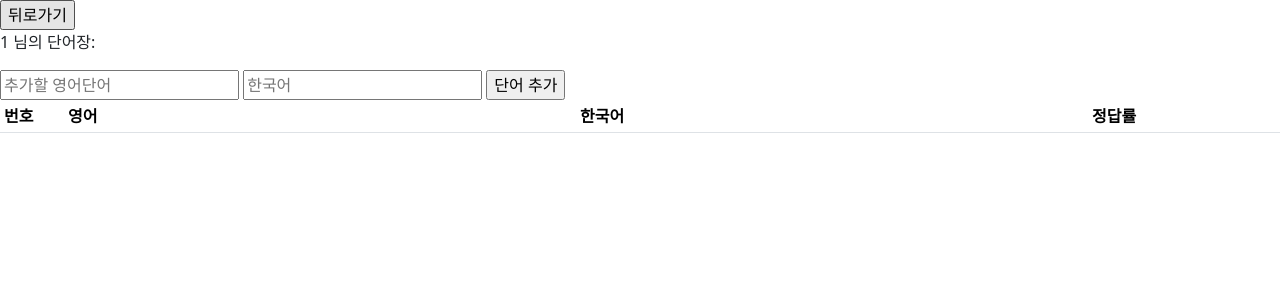
Repository: kokoko12334/myvocab-toy
Page: http://localhost/myVocabularyList/detail
An editor plug-in stored every save of this project. The page is shown before and after the next save, followed by the edit.
The browser window is 1280 px wide. The pictures show the whole page.
The page is served by Tomcat 9. The session is filled in as if someone had signed in: {"id": 1, "pwd": 1, "list": 1}. Other server files are loaded and not shown. Queries for data that is not in the repository find no rows.

Above is the page before, as saved 2023-04-06 15:22:14.

### myVocabularyList/src/main/webapp/WEB-INF/views/myvocabulary/detail.jsp
<%@ page language="java" contentType="text/html; charset=UTF-8"
    pageEncoding="UTF-8"%>
<%@ taglib prefix="c" uri = "http://java.sun.com/jsp/jstl/core" %>
<!DOCTYPE html>
<html>
<head>
<meta charset="UTF-8">
<title>Insert title here</title>
<link href="https://cdn.jsdelivr.net/npm/bootstrap@5.3.0-alpha3/dist/css/bootstrap.min.css" rel="stylesheet" integrity="sha384-KK94CHFLLe+nY2dmCWGMq91rCGa5gtU4mk92HdvYe+M/SXH301p5ILy+dN9+nJOZ" crossorigin="anonymous">

</head>
<body>

	<form action = "/login" method = "post">
		<input type = "hidden" name = "id"  value = "${id}">
		<input type = "hidden" name = "pwd" value =  "${pwd}">
		<input type = submit value = "뒤로가기">
	</form>

	<p>${id} 님의 단어장: ${vocabName}</p>

	<form action = "/addword" method = "post">
		<input type = text name = "english" placeholder = "추가할 영어단어">
		<input type = text name = "korean" placeholder = "한국어">
		<input type = submit value = "단어 추가">
	</form>

	<table class="table table-sm">
		<colgroup>
            <col width=5%>
            <col width=40%>
            <col width=40%>
            <col width=60%>
        </colgroup>
		<tr>
			<th>번호</th>
			<th>영어</th>
			<th>한국어</th>
			<th>정답률</th>
		</tr>

		<c:forEach var = "w" items = "${wordsList}" varStatus = "st">
			<tr>
				<td>${st.index+1} </td>
				<td>${w[0]}</td>
				<td>${w[1]}</td>
				<td>${w[2]}</td>
				<td><input type="button" value="수정" onclick="showPopup('${w[0]}','${w[1]}');"/></td>
				<td><button type="button" onclick="location.href='/deleteword?idx=${st.index}&english=${w[0]}&korean=${w[1]}'">단어 삭제</button></td>
			</tr>
		</c:forEach>
	</table>



	 <script>
  		function showPopup(english, korean) {

  			var url = "/updateword?english=" + english + "&korean=" + korean;
  			window.open(url, "단어 수정창", "width=500, height=50, left=50, top=50");
  			}
  	</script>

</body>
</html>

### myVocabularyList/src/main/java/com/ko/web/controller/DetailController.java
package com.ko.web.controller;

import java.io.IOException;
import java.sql.SQLException;
import java.util.ArrayList;
import java.util.List;

import javax.servlet.ServletException;
import javax.servlet.annotation.WebServlet;
import javax.servlet.http.HttpServlet;
import javax.servlet.http.HttpServletRequest;
import javax.servlet.http.HttpServletResponse;
import javax.servlet.http.HttpSession;

import com.ko.web.service.WordsService;

@WebServlet("/detail")
public class DetailController extends HttpServlet{



	@Override
	protected void doGet(HttpServletRequest req, HttpServletResponse resp) throws ServletException, IOException {

		String id = req.getParameter("id");
		String vocabName = req.getParameter("name");


		WordsService wordsSvc = new WordsService();

		List<List<String>> wordsList = new ArrayList<>();


		try {

			wordsList = wordsSvc.getwords(id, vocabName);

			HttpSession session = req.getSession(false);
			session.setAttribute("wordsList", wordsList);
			session.setAttribute("vocabName", vocabName); // 단어장 이름도 저장


		} catch (ClassNotFoundException e) {

			e.printStackTrace();
		} catch (SQLException e) {

			e.printStackTrace();
		}

		req.getRequestDispatcher("/WEB-INF/views/myvocabulary/detail.jsp").forward(req, resp);









	}

}

### myVocabularyList/src/main/java/com/ko/web/service/WordsService.java
package com.ko.web.service;

import java.sql.Connection;
import java.sql.DriverManager;
import java.sql.PreparedStatement;
import java.sql.ResultSet;
import java.sql.SQLException;
import java.util.ArrayList;
import java.util.HashMap;
import java.util.List;

import com.ko.web.entity.WordsDto;
import com.mysql.cj.protocol.Resultset;

public class WordsService {
	String driver = "com.mysql.cj.jdbc.Driver";
	String url = "jdbc:mysql://localhost:3306/myvocab";
	String user = "test";
	String password = "1234";


	public int insert(WordsDto dto) throws ClassNotFoundException, SQLException {

		String id = dto.getId();
		String vocabName = dto.getVocabName();
		String english = dto.getEnglish();
		String korean = dto.getKorean();

		// 중복 단어 체크
		List<List<String>> list = new ArrayList<>();

		list = getwords(id, vocabName);

		for(List<String> i: list) {

			String check = i.get(0);

			if(check.equals(english)) {
				return -1;
			}

		}


		Class.forName(driver);

		Connection con = DriverManager.getConnection(url, user,password);

		String sql = "INSERT INTO words(id, vocab_name, english, korean) VALUES(?,?,?,?)";

		PreparedStatement psmt = con.prepareStatement(sql);

		psmt.setString(1, id);
		psmt.setString(2, vocabName);
		psmt.setString(3, english);
		psmt.setString(4, korean);



		int result = psmt.executeUpdate();


		psmt.close();
		con.close();


		return result;
	}


	public List<List<String>> getwords(String id, String vocabName) throws ClassNotFoundException, SQLException{

		String english;
		String korean;
		String score;

		Class.forName(driver);

		Connection con = DriverManager.getConnection(url, user,password);

		String sql = "SELECT english, korean, score FROM words WHERE id = ? AND vocab_name = ?";

		PreparedStatement psmt = con.prepareStatement(sql);

		psmt.setString(1, id);
		psmt.setString(2, vocabName);


		ResultSet rs = psmt.executeQuery();


		List<List<String>> list = new ArrayList<>();

		while(rs.next()) {

			List<String> words = new ArrayList<>();

			english = rs.getString("english");
			korean = rs.getString("korean");
			score = rs.getString("score");

			words.add(english);
			words.add(korean);
			words.add(score);

			list.add(words);
		}

		rs.close();
		psmt.close();
		con.close();


		return list;
	}

	public int deleteWord(WordsDto dto) throws ClassNotFoundException, SQLException {

		String id = dto.getId();
		String vocabName = dto.getVocabName();
		String english = dto.getEnglish();
		String korean = dto.getKorean();

		Class.forName(driver);

		Connection con = DriverManager.getConnection(url, user,password);

		String sql = "DELETE FROM words WHERE id = ? AND vocab_name = ? AND english = ? AND korean = ?";

		PreparedStatement psmt = con.prepareStatement(sql);

		psmt.setString(1, id);
		psmt.setString(2, vocabName);
		psmt.setString(3, english);
		psmt.setString(4, korean);

		int result = psmt.executeUpdate();


		psmt.close();
		con.close();

		return result;
	}


	public int updateWord(WordsDto dto, String changedEnglish, String changedKorean) throws ClassNotFoundException, SQLException {


		String id = dto.getId();
		String vocabName = dto.getVocabName();
		String english = dto.getEnglish();

		Class.forName(driver);

		Connection con = DriverManager.getConnection(url, user,password);

		String sql = "UPDATE words SET english = ?, korean = ? WHERE id = ? AND vocab_name= ? AND english = ?";

		PreparedStatement psmt = con.prepareStatement(sql);

		psmt.setString(1, changedEnglish);
		psmt.setString(2, changedKorean);
		psmt.setString(3, id);
		psmt.setString(4, vocabName);
		psmt.setString(5, english);



		int result = psmt.executeUpdate();


		psmt.close();
		con.close();


		return result;


	}
}

After the next save:
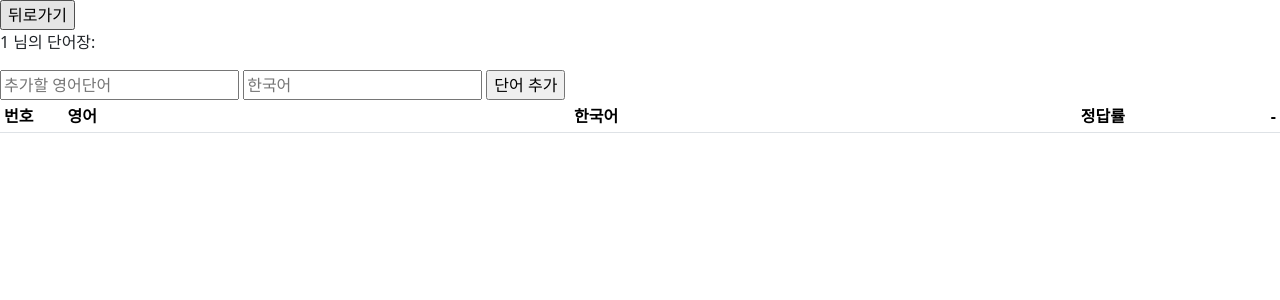
Saved 36 s later.
--- a/myVocabularyList/src/main/webapp/WEB-INF/views/myvocabulary/detail.jsp
+++ b/myVocabularyList/src/main/webapp/WEB-INF/views/myvocabulary/detail.jsp
@@ -37,6 +37,7 @@
 			<th>영어</th>
 			<th>한국어</th>
 			<th>정답률</th>
+			<th>-</th>
 		</tr>
 
 		<c:forEach var = "w" items = "${wordsList}" varStatus = "st">

After the 2 saves that followed:
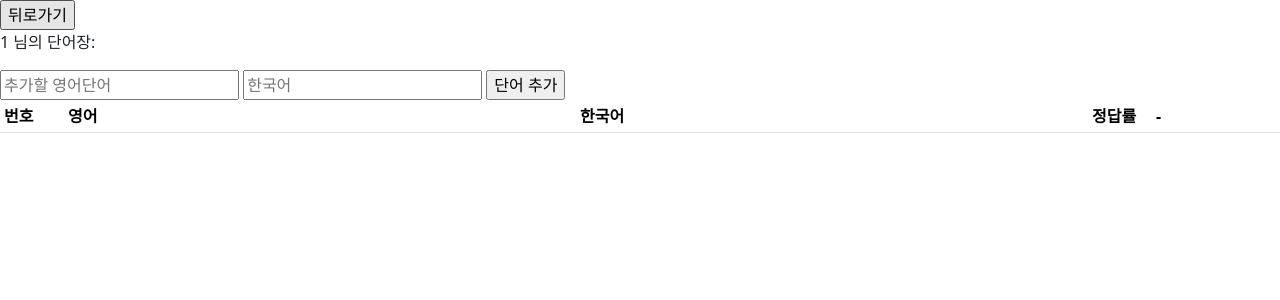
The 2 saves are shown as one change because 1 left the picture as it was.
The last was saved 15 s later.
--- a/myVocabularyList/src/main/webapp/WEB-INF/views/myvocabulary/detail.jsp
+++ b/myVocabularyList/src/main/webapp/WEB-INF/views/myvocabulary/detail.jsp
@@ -30,6 +30,7 @@
             <col width=5%>
             <col width=40%>
             <col width=40%>
+            <col width=5%>
             <col width=60%>
         </colgroup>
 		<tr>
